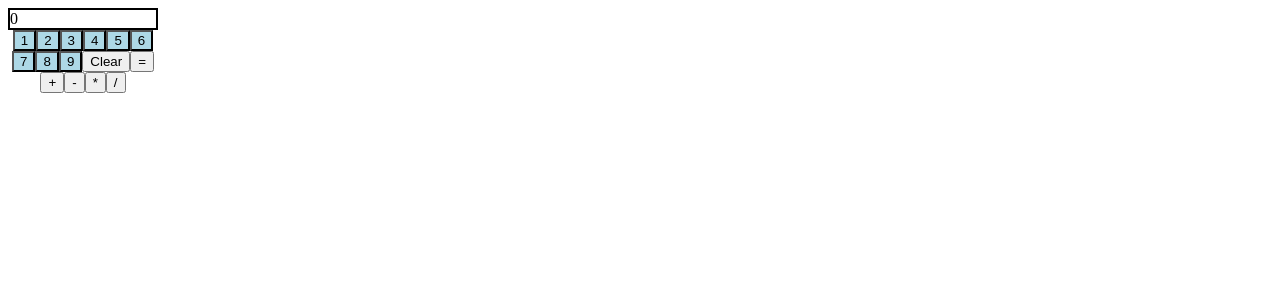
Repository: weazzyefff/Calculator-App
Page: index.html
The author's editor kept a copy of each file at every save. The page is drawn from the files as they stood at one save, then again after the next save.
The browser window is 1280 px wide. The pictures show the whole page.

Above is the page before, as saved 2022-12-16 21:58:58.

### index.html
<!DOCTYPE html>
<html>
<head>
	<meta charset="utf-8">
	<meta name="viewport" content="width=device-width, initial-scale=1">
	<title>Calculator App</title>
    <link rel="stylesheet" href="style.css">
    <script src="script.js" defer></script>
</head>
<body>
    <div class="container">
        <div class="display">0</div>
        <button type ="input" class="numbtn" id="1">1</button>
        <button type ="input" class="numbtn" id="2">2</button>
        <button type ="input" class="numbtn" id="3">3</button>
        <button type ="input" class="numbtn" id="4">4</button>
        <button type ="input" class="numbtn" id="5">5</button>
        <button type ="input" class="numbtn" id="6">6</button>
        <button type ="input" class="numbtn" id="7">7</button>
        <button type ="input" class="numbtn" id="8">8</button>
        <button type ="input" class="numbtn" id="9">9</button>
        <button type ="input" id="clear">Clear</button>
        <button type ="input" id="=">=</button>
        <button type ="input" id="+">+</button>
        <button type = "input" id="-">-</button>
        <button type = "input" id="*">*</button>
        <button type = "input" id="/">/</button>
    </div>


</body>
</html>

### style.css
.container {
    width: 150px;
    display: flex;
    flex-wrap: wrap;
    align-items: center;
    justify-content: center;

}
.display {
    border: 2px solid black;
    width: 200px;
}
.numbtn {
    background-color: lightblue;
}

### script.js
//Global variables
displayValue = 0;

// Main functions
const add = (...args) => args.reduce((a, b) => a + b);

const subtract = (...args) => args.reduce((a, b) => a - b);

const multiply = (...args) => args.reduce((a, b) => a * b);

const divide = (...args) => args.reduce((a, b) => a / b);

const operate = (operator, a, b) => {
    switch (operator) {

        case '+':
            return add(a,b);

        case '-':
            return subtract(a,b);

        case '*':
            return multiply(a,b);

        case '/':
            return divide(a,b);

        default: console.log('Please enter a valid operator');
    }
}


const one = document.getElementById("1");
one.addEventListener("click", (e) => {
    document.querySelector(".display").innerHTML = 1;
    displayValue = 1;
});
const two = document.getElementById("2");
two.addEventListener("click", (e) => {
    document.querySelector(".display").innerHTML = 2;
    displayValue = 2;
});
const three = document.getElementById("3");
three.addEventListener("click", (e) => {
    document.querySelector(".display").innerHTML = 3;
    displayValue = 3;
});
const four = document.getElementById("4");
four.addEventListener("click", (e) => {
    document.querySelector(".display").innerHTML = 4;
    displayValue = 4;
});
const five = document.getElementById("5");
five.addEventListener("click", (e) => {
    document.querySelector(".display").innerHTML = 5;
    displayValue = 5;
});
const six = document.getElementById("6");
six.addEventListener("click", (e) => {
    document.querySelector(".display").innerHTML = 6;
    displayValue = 6;
});
const seven = document.getElementById("7");
seven.addEventListener("click", (e) => {
    document.querySelector(".display").innerHTML = 7;
    displayValue = 7;
});
const eight = document.getElementById("8");
eight.addEventListener("click", (e) => {
    document.querySelector(".display").innerHTML = 8;
    displayValue = 8;
});
const nine = document.getElementById("9");
nine.addEventListener("click", (e) => {
    document.querySelector(".display").innerHTML = 9;
    displayValue = 9;
});
const clear = document.getElementById("clear");
clear.addEventListener("click", (e) => {
    document.querySelector(".display").innerHTML = "0";
    displayValue = 0;
});
const addSign = document.getElementById("+");
addSign.addEventListener("click", (e) => {
  add();
});
const subtractSign = document.getElementById("-");
subtractSign.addEventListener("click", (e) => {
  subtract();
});
const multiplySign = document.getElementById("*");
addSign.addEventListener("click", (e) => {
  multiply();
});
const divideSign = document.getElementById("/");
addSign.addEventListener("click", (e) => {
  divide();
});
const equals = document.getElementById("=");
equals.addEventListener("click", (e) => {
  operate();
});


//console.log(operate('+',10, 5)); <<working

After the next save:
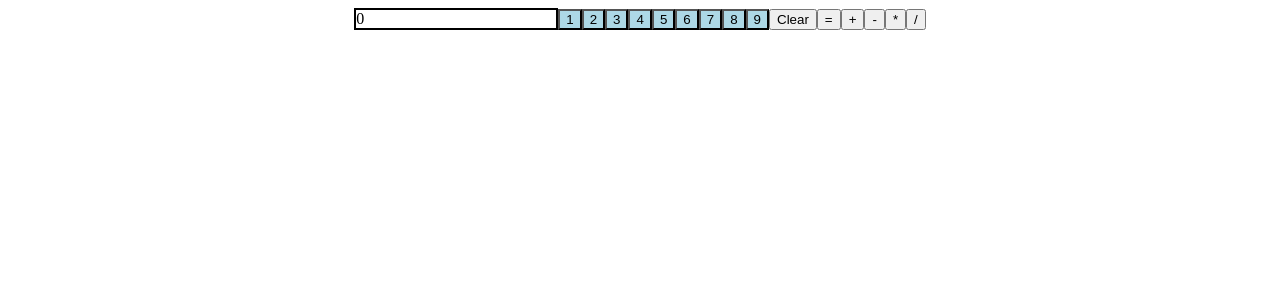
Saved 7 s later.
--- a/style.css
+++ b/style.css
@@ -1,5 +1,5 @@
 .container {
-    width: 150px;
+    width: auto;
     display: flex;
     flex-wrap: wrap;
     align-items: center;
